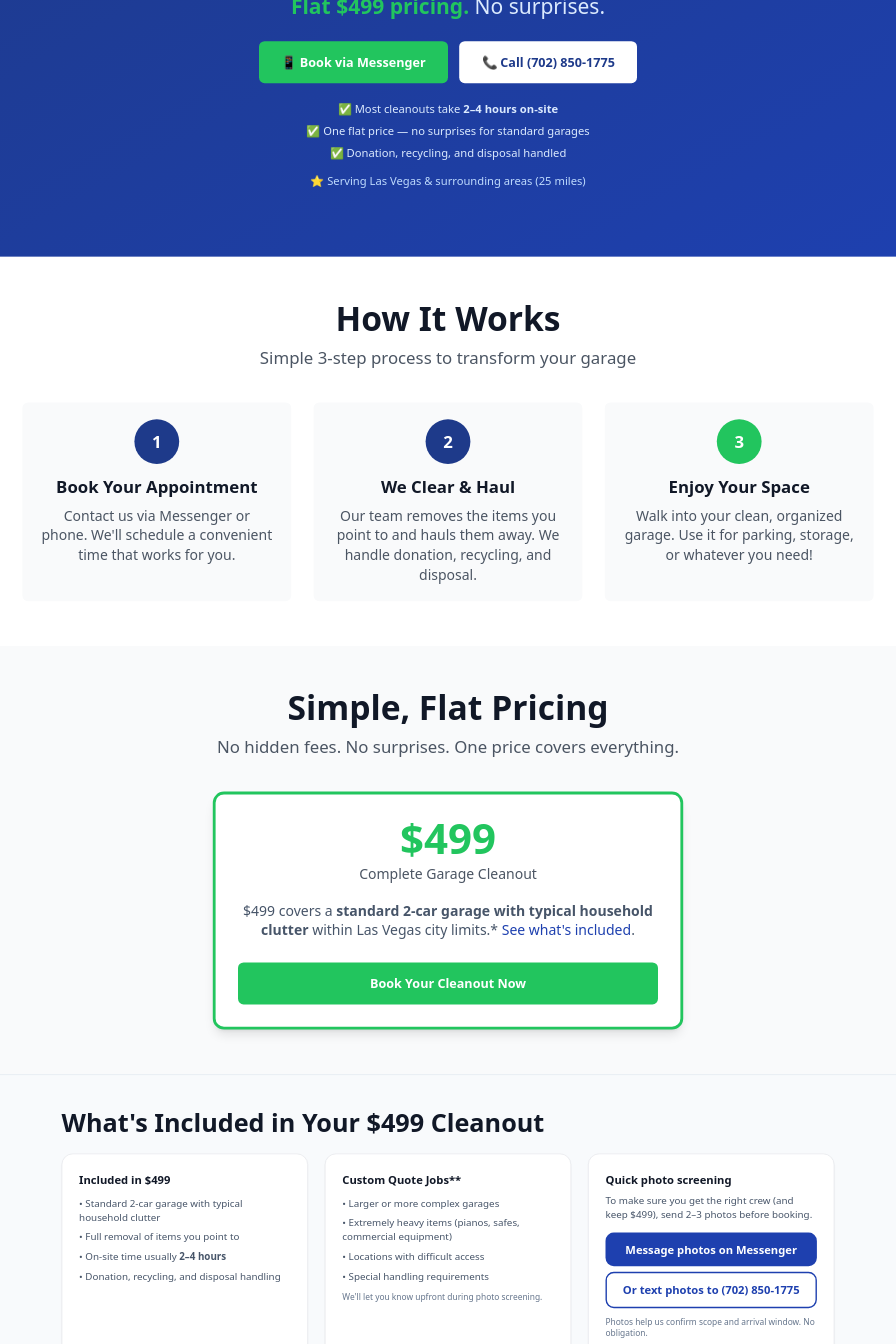
Repository: nikwhite1169/garagegone
Page: index.html
These files come from the project's save history. The page is drawn as it stood at one moment and after the next save; the edit follows.
The browser window is 1280 px wide. The pictures show the part of the page from y = 417 to 2337 px (the page is 5637 px tall before and 5753 px after), at 70% of full size.
Some web libraries are served in a nearby version.

Above is the page before, as saved 2025-09-16 00:43:09.

After the next save:
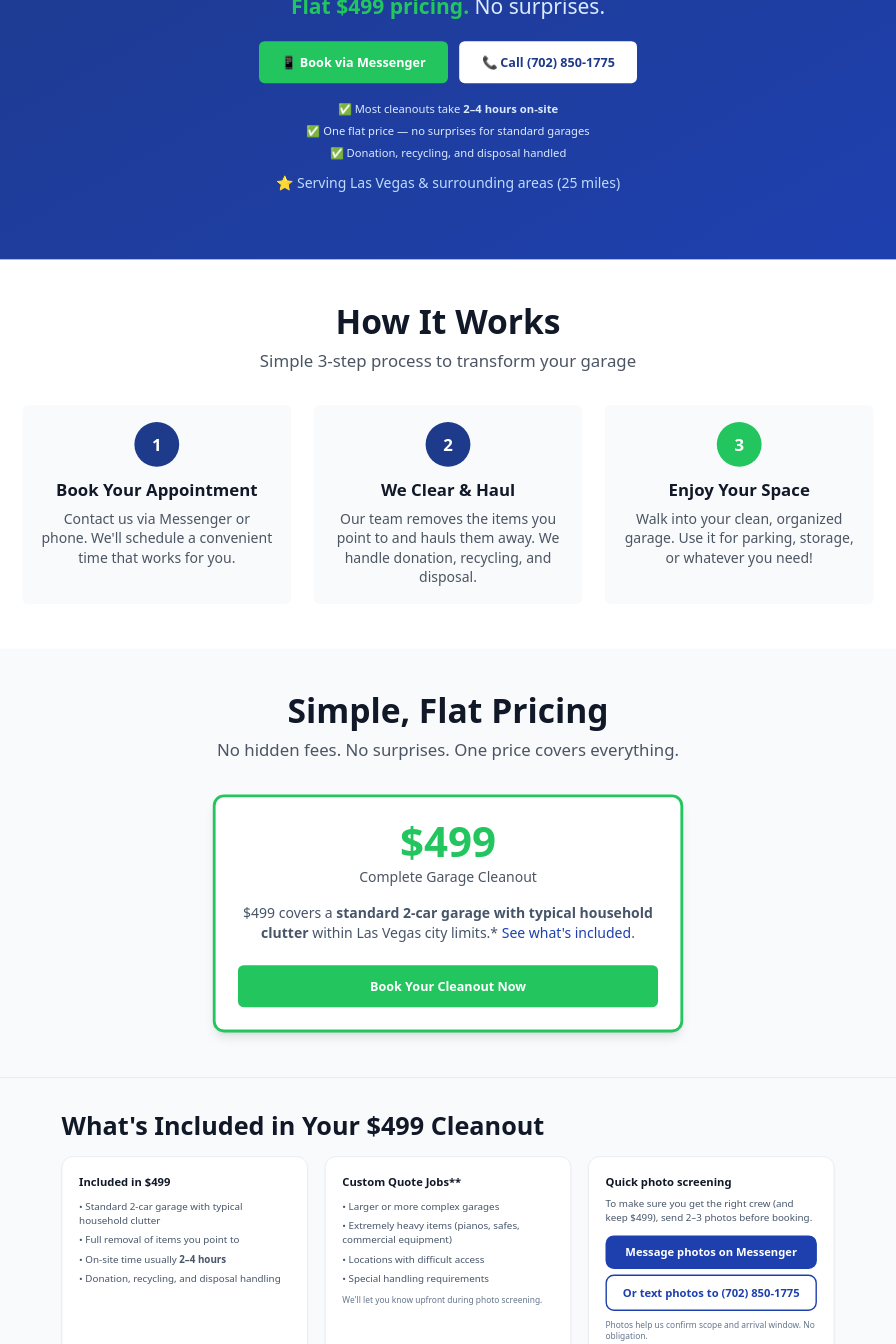
Saved 110 s later.
--- a/index.html
+++ b/index.html
@@ -100,6 +100,20 @@
             scroll-behavior: smooth;
         }
 
+        /* Set a larger base font size for paragraphs */
+        p {
+           font-size: 1.125rem; /* 18px */
+           line-height: 1.75rem; /* 28px */
+        }
+
+        /* Increase font size even more on desktop */
+        @media (min-width: 768px) {
+           p {
+               font-size: 1.25rem; /* 20px */
+               line-height: 1.75rem; /* 28px */
+           }
+        }
+
         /* Custom animations */
         @keyframes fadeInUp {
             from {
